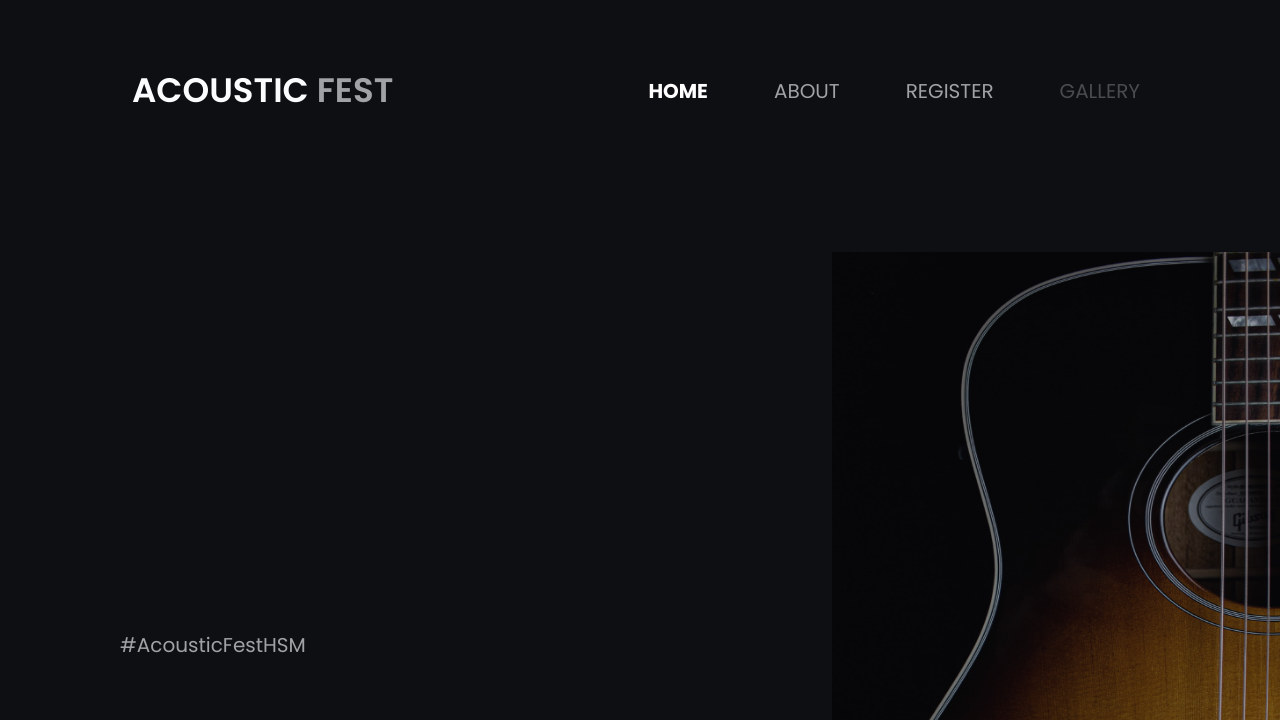
Repository: piyushiso/piyushiso.github.io
Page: event/acousticfest/index.html
An editor plug-in stored every save of this project. The page is shown before and after the next save, followed by the edit.
The browser window is 1280 px wide. The pictures show the whole page.
Some web fonts or font styles are not loaded; a fallback is used.

Above is the page before, as saved 2022-05-14 03:34:35.

### event/acousticfest/index.html
<html lang="en">
<head>
    <meta charset="UTF-8">
    <meta http-equiv="X-UA-Compatible" content="IE=edge">
    <meta name="viewport" content="width=device-width, initial-scale=1.0">
    <link href="https://cdn.jsdelivr.net/npm/bootstrap@5.2.0-beta1/dist/css/bootstrap.min.css" rel="stylesheet" integrity="sha384-0evHe/X+R7YkIZDRvuzKMRqM+OrBnVFBL6DOitfPri4tjfHxaWutUpFmBp4vmVor" crossorigin="anonymous">
    <link rel="stylesheet" href="styles/style.css" type="text/css"/>
    <title>Acoustic Fest 2022</title>
</head>
<body>
    <nav class="navbar navbar-expand-lg fixed-top navbar-dark bg-dark">
        <div class="container-fluid">
          <a class="navbar-brand" href="#"><span class="primary">ACOUSTIC</span> FEST</a>
          <div class="d-flex">
            <button class="navbar-toggler" type="button" data-bs-toggle="collapse" data-bs-target="#navbarSupportedContent" aria-controls="navbarSupportedContent" aria-expanded="false" aria-label="Toggle navigation">
                <span class="navbar-toggler-icon"></span>
            </button>
            <div class="collapse navbar-collapse" id="navbarSupportedContent">
                <ul class="navbar-nav me-auto mb-2 mb-lg-0">
                    <li class="nav-item primary">
                        <a class="nav-link active" aria-current="page" href="#">HOME</a>
                    </li>
                    <li class="nav-item">
                        <a class="nav-link secondary" href="#">ABOUT</a>
                    </li>
                    <li class="nav-item">
                        <a class="nav-link secondary" href="#">REGISTER</a>
                    </li>
                    <li class="nav-item secondary">
                        <a class="nav-link disabled" href="#">GALLERY</a>
                    </li>
                </ul>
            </div>
          </div>
        </div>
    </nav>
    <div class="components">
        <div class="fixed-bottom hashtag">
            <span class="secondary">#AcousticFestHSM</span>
        </div>
    </div>
    <script src="https://cdn.jsdelivr.net/npm/bootstrap@5.2.0-beta1/dist/js/bootstrap.bundle.min.js" integrity="sha384-pprn3073KE6tl6bjs2QrFaJGz5/SUsLqktiwsUTF55Jfv3qYSDhgCecCxMW52nD2" crossorigin="anonymous"></script>
</body>
</html>

### event/acousticfest/styles/style.css
@import url('https://fonts.googleapis.com/css2?family=Montserrat:wght@100&family=Poppins:wght@100;400;500;600;700&display=swap');
@import url('http://fonts.cdnfonts.com/css/choco-cookies');

:root {
    --bg: #0E0F13;
    --primary: #FAFCFD;
    --secondary: #A0A2A6;
    --main-font: 'Poppins', sans-serif;
    --secondary-font: 'Choco Cookies', sans-serif;
    --bold: 700;
    --semi-bold: 600;
    --medium: 500;
    --regular: 400;
    --t1: 64px;
    --t2: 60px;
    --t3: 38px;
    --t4: 34px;
    --t5: 30px;
    --t6: 24px;
    --t7: 20px;
    --gap-x: 120px;
    --gap-y: 60px;
    --gap-sub: 30px;
}

body{
    background: var(--bg);
    color: var(--primary);
    font-family: var(--main-font);
    font-weight: var(--medium);
    font-size: var(--t6);
    letter-spacing: 5% !important;
    background-image: url("../assets/images/background.png");
    background-repeat: no-repeat;
    background-attachment: fixed;
    background-position: bottom right;
    background-size: 35% 65%;
}

nav {
    background: var(--bg) !important;
    padding: var(--gap-y) var(--gap-x)!important;
}

.navbar-dark, .bg-dark{
    background: var(--bg) !important;
    color: var(--primary);
}

.navbar-brand{
    font-size: var(--t4);
    color: var(--secondary);
    font-weight: var(--semi-bold);
}

.nav-item a{
    font-size: var(--t7);
    font-weight: var(--regular);
}

.active{
    font-weight: var(--bold) !important;
}

.navbar ul li{
    padding-left: 50px;
}

.primary{
    color: var(--primary);
}

.secondary{
    color: var(--secondary);
}

.components{
    padding: var(--gap-y) var(--gap-x);
}

.hashtag{
    padding: inherit;
    font-size: var(--t7);
    font-weight: var(--regular);
}

After the next save:
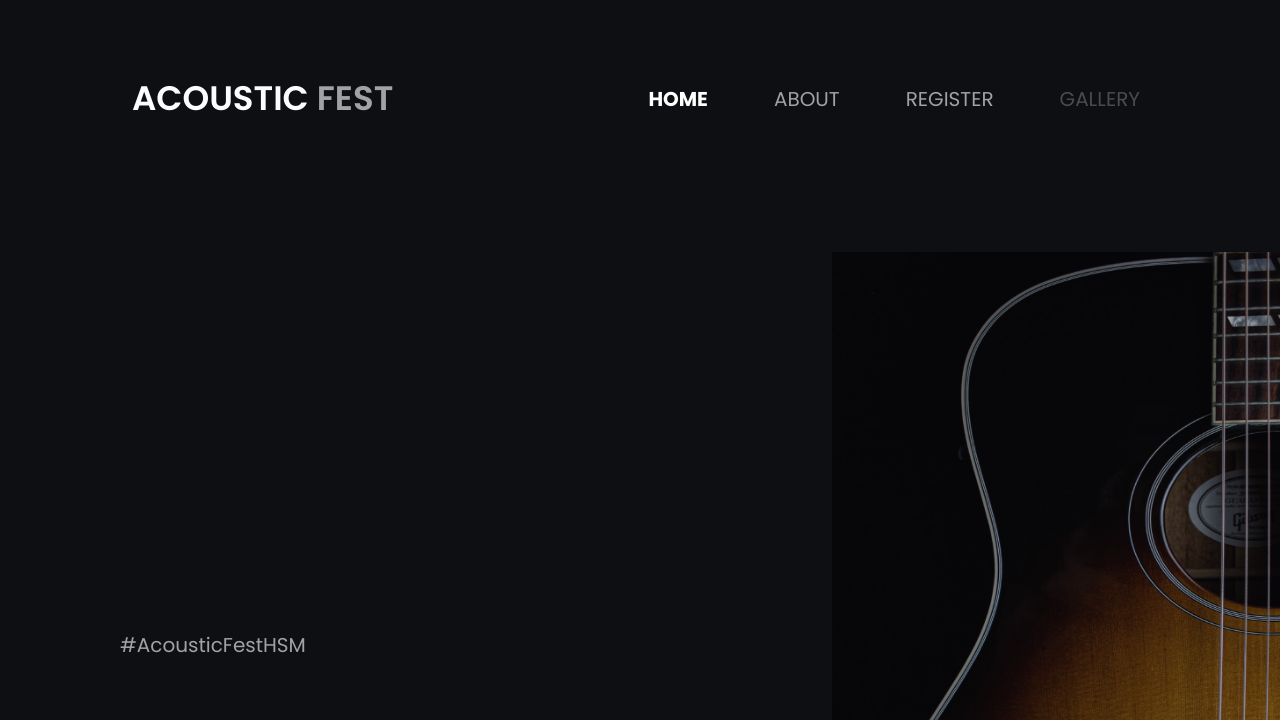
Saved 5 s later.
--- a/event/acousticfest/styles/style.css
+++ b/event/acousticfest/styles/style.css
@@ -39,7 +39,7 @@
 
 nav {
     background: var(--bg) !important;
-    padding: var(--gap-y) var(--gap-x)!important;
+    margin: var(--gap-y) var(--gap-x)!important;
 }
 
 .navbar-dark, .bg-dark{

After the save that followed:
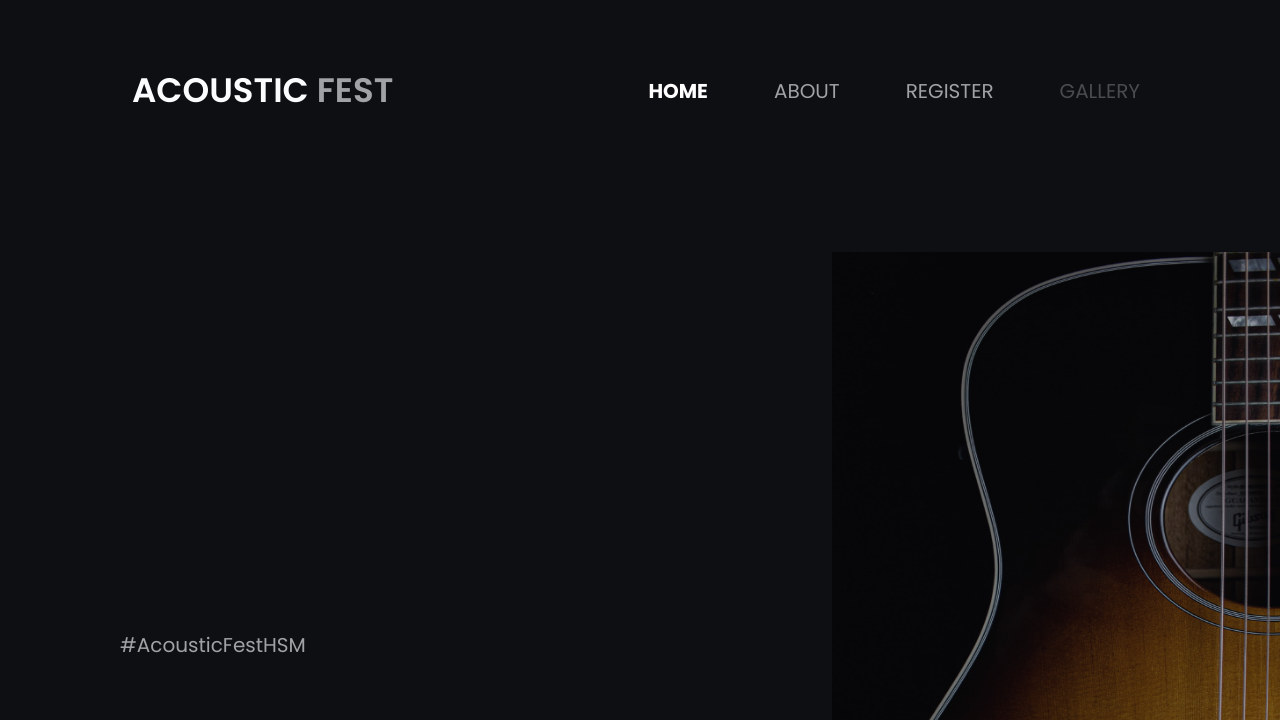
Saved 13 s later.
--- a/event/acousticfest/styles/style.css
+++ b/event/acousticfest/styles/style.css
@@ -39,7 +39,7 @@
 
 nav {
     background: var(--bg) !important;
-    margin: var(--gap-y) var(--gap-x)!important;
+    padding: var(--gap-y) var(--gap-x)!important;
 }
 
 .navbar-dark, .bg-dark{
